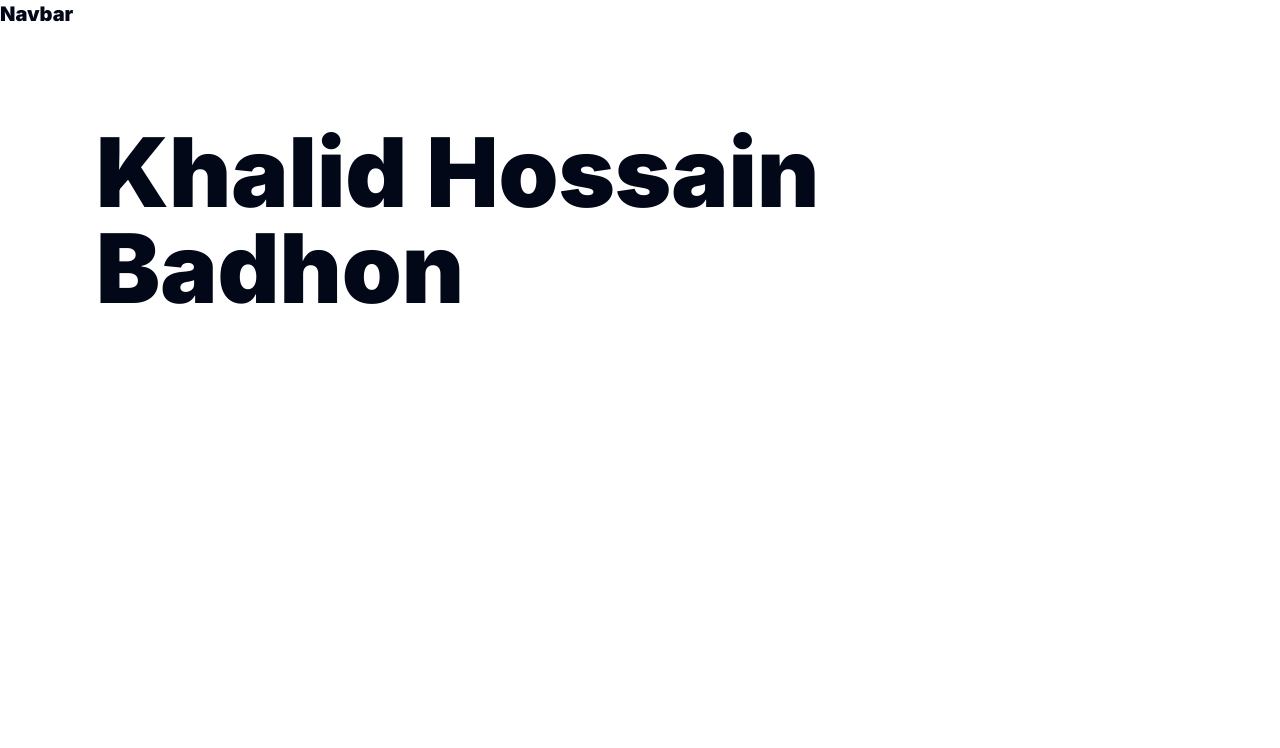
Repository: badhon252/portfolio
Page: /
An editor plug-in stored every save of this project. The page is shown before and after the next save, followed by the edit.
The browser window is 1280 px wide. The pictures show the whole page.
The project was rebuilt for these pictures with package versions that can differ from the ones it lists, and the page was loaded fresh each time. The framework's server and built-in components were replaced by stand-ins that run in the browser. Also part of the build but not shown: next.config.mjs.

Above is the page before, as saved 2024-08-25 16:42:54.

### app/layout.tsx
import type { Metadata } from 'next';
import { Inter } from 'next/font/google';
import './globals.css';

const inter = Inter({ subsets: ['latin'] });

export const metadata: Metadata = {
  title: 'Khalid Hossain | Web Developer',
  description:
    'Passionate Software Engineer with expertise in JavaScript and Python, specializing in crafting high-quality web applications. Proficient in Next.js for building efficient andscalable solutions. Dedicated to delivering exceptional user experiences throughcutting-edge technologies.',
};

export default function RootLayout({
  children,
}: Readonly<{
  children: React.ReactNode;
}>) {
  return (
    <html lang="en">
      <body className={inter.className}>{children}</body>
    </html>
  );
}

### app/page.tsx
import HeroSection from '@/components/Hero/HeroSection';
import Navbar from '@/components/Nav/Navbar';

export default function Home() {
  return (
    <main>
      <Navbar />
      <HeroSection />
    </main>
  );
}

### components/Hero/HeroSection.tsx
export default function HeroSection() {
  return (
    <section className="flex min-h-screen flex-col items-center justify-between p-24">
      <h1 className="h1 text-8xl font-black">Khalid Hossain Badhon</h1>
    </section>
  );
}

### components/Nav/Navbar.tsx
export default function Navbar() {
  return (
    <section>
      <h1 className="h1 text-xl font-black">Navbar </h1>
    </section>
  );
}

Loaded but not shown: app/globals.css (common file); tailwind.config.ts (common file)

After the next save:
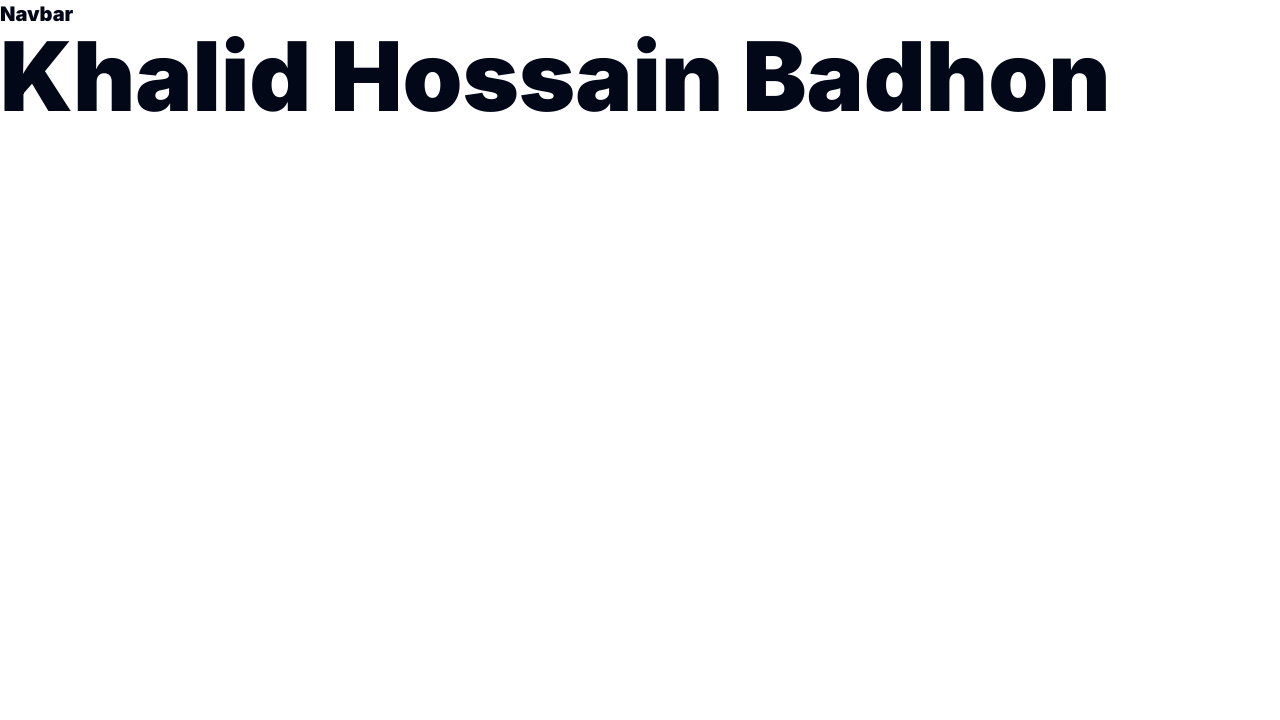
Saved 22 s later.
--- a/components/Hero/HeroSection.tsx
+++ b/components/Hero/HeroSection.tsx
@@ -1,6 +1,6 @@
 export default function HeroSection() {
   return (
-    <section className="flex min-h-screen flex-col items-center justify-between p-24">
+    <section>
       <h1 className="h1 text-8xl font-black">Khalid Hossain Badhon</h1>
     </section>
   );
